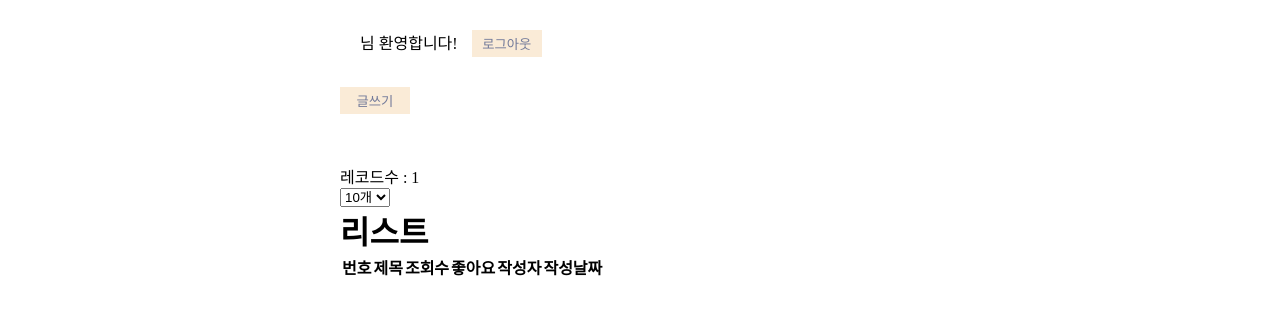
Repository: kayoyo/jsp
Page: http://localhost/BoardWeb_4/WEB-INF/jsp/board/list.jsp
An editor plug-in stored every save of this project. The page is shown before and after the next save, followed by the edit.
The browser window is 1280 px wide. The pictures show the whole page.
The page is served by Tomcat 9. Nobody is signed in. Other server files are loaded and not shown. The template is opened directly, without the code that normally fills it, so the values that code supplies are empty.

Above is the page before, as saved 2020-08-28 00:45:36.

### BoardWeb_4/WebContent/WEB-INF/jsp/board/list.jsp
<%@ page language="java" contentType="text/html; charset=UTF-8"
	pageEncoding="UTF-8"%>
<%@ page import="java.util.*"%>
<%@ page import="com.koreait.pjt.vo.BoardVO"%>
<%@ taglib uri="http://java.sun.com/jsp/jstl/core" prefix="c"%>
<!DOCTYPE html>
<html>
<head>
<meta charset="UTF-8">
<style>
* {
	margin: 0;
	padding: 0;
}

a {
	text-decoration: none;
	color: black;
}

.pageCnt {
	text-align: center;
	font-size: 20px;
	margin-top: 50px;
}

.container {
	width: 600px;
	margin: 0 auto;
}

.nowP {
	color: #ef7a85;
}
.user_name { margin-top: 30px;
			margin-left: 20px;

}
.user_write {margin-top: 30px;
			margin-bottom: 50px;
}
.logOutBtn {width: 70px; height: 27px;
			margin-left:10px;
			background-color: #faebd7;
			color: #727A9A; border:none;
}
.writeBtn {width: 70px; height: 27px;
		   background-color: #faebd7;
		   color: #727A9A; border:none;
}
</style>

<title>리스트</title>
</head>
<body>
	<div class="container">

		<div class="user_name">
		<span>${loginUser.user_name}</span> 님 환영합니다!
			<a href="/logout"><button class="logOutBtn">로그아웃</button></a>
		</div>
		<div class="user_write">
			<a href="/board/regmod"><button class="writeBtn">글쓰기</button></a>
		</div>
		<div>
		 레코드수 : ${param.page == null ? 1 : param.page}
		<form id="selFrm" action="/board/list" method="get">
		<input type="hidden" name="page" value="${param.page == null ? 1 : param.page}">
		<select name="record_cnt" onchange="changeRecord()">
			<c:forEach begin="10" end="30" step="10" var="item">
				<c:choose>
					<c:when test="${param.record_cnt == item}">
						<option value="${item}" selected>${item}개</option>
					</c:when>
					<c:otherwise>
						<option value="${item}">${item}개</option>
					</c:otherwise>
				</c:choose>
			</c:forEach>
			</select>
			</form>
		</div>
		<h1>리스트</h1>
		<table>
			<tr>
				<th>번호</th>
				<th>제목</th>
				<th>조회수</th>
				<th>좋아요</th>
				<th>작성자</th>
				<th>작성날짜</th>
			</tr>
			<c:forEach items="${list}" var="item"><!--forEach items는 리스트 형태-->
				<tr onclick="moveToDetail(${item.i_board})">
					<td>${item.i_board}</td>
					<td>${item.title}</td>
					<td>${item.hits}</td>
					<td>${item.like_cnt}</td>
					<td>${item.i_user}</td>
					<td>${item.r_dt}</td>
				</tr>
			</c:forEach>
		</table>
		<div class="pageCnt">
			<c:forEach var="i" begin="1" end="${paginCnt}">
				<c:choose>
					<c:when test="${i == nowPage}">
						<span class="nowP">${i}</span>
					</c:when>
					<c:otherwise>
						<span><a href="/board/list?page=${i}">${i}</a></span>
					</c:otherwise>
				</c:choose>
			</c:forEach>
		</div>
	</div>
	<script>
	function moveToDetail(i_board){
		location.href = '/board/detail?i_board=' + i_board
	}
	function changeRecord(){
		selFrm.submit()
	}
	</script>
</body>
</html>

After the next save:
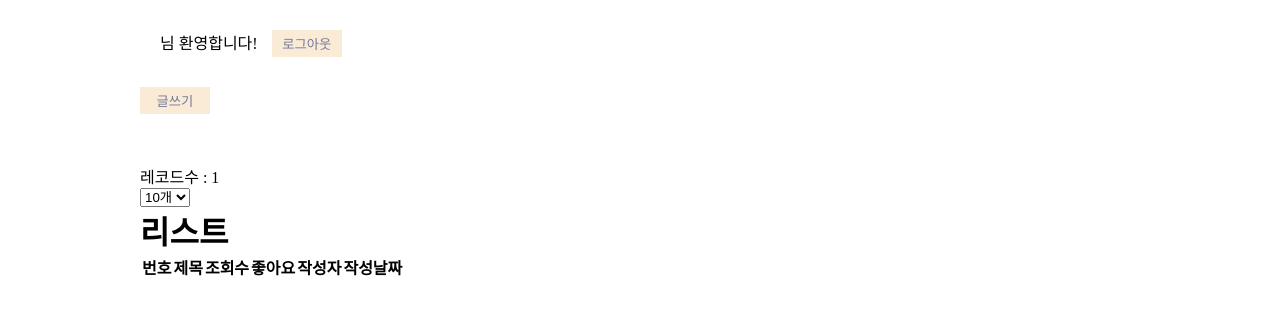
Saved 2 min 52 s later.
--- a/BoardWeb_4/WebContent/WEB-INF/jsp/board/list.jsp
+++ b/BoardWeb_4/WebContent/WEB-INF/jsp/board/list.jsp
@@ -25,7 +25,7 @@ a {
 }
 
 .container {
-	width: 600px;
+	width: 1000px;
 	margin: 0 auto;
 }
 
